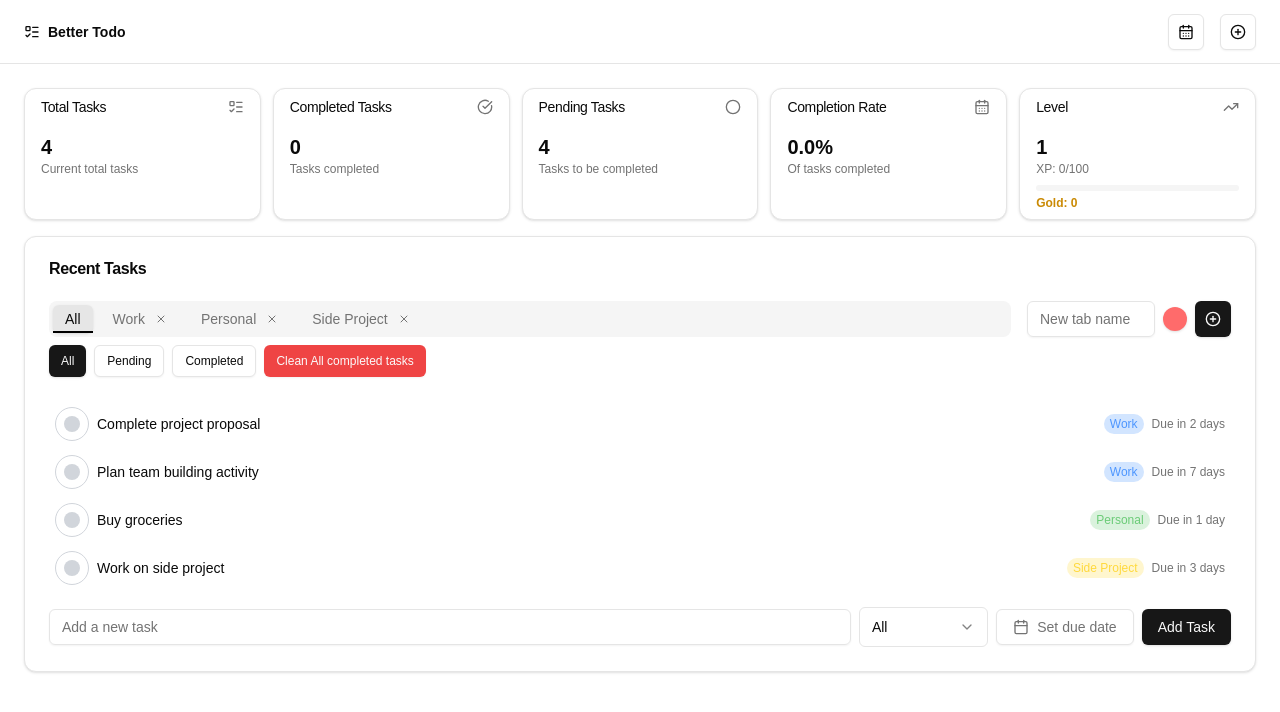
Repository: malikbarbier7/better-todo
Page: /dashboard
The author's editor kept a copy of each file at every save. The page is drawn from the files as they stood at one save, then again after the next save.
The browser window is 1280 px wide. The pictures show the whole page.
The project was rebuilt for these pictures with package versions that can differ from the ones it lists, and the page was loaded fresh each time. The framework's server and built-in components were replaced by stand-ins that run in the browser. Also part of the build but not shown: next.config.js, next.config.mjs, components/ui/calendar.tsx.

Above is the page before, as saved 2024-10-04 18:05:08.

After the next save:
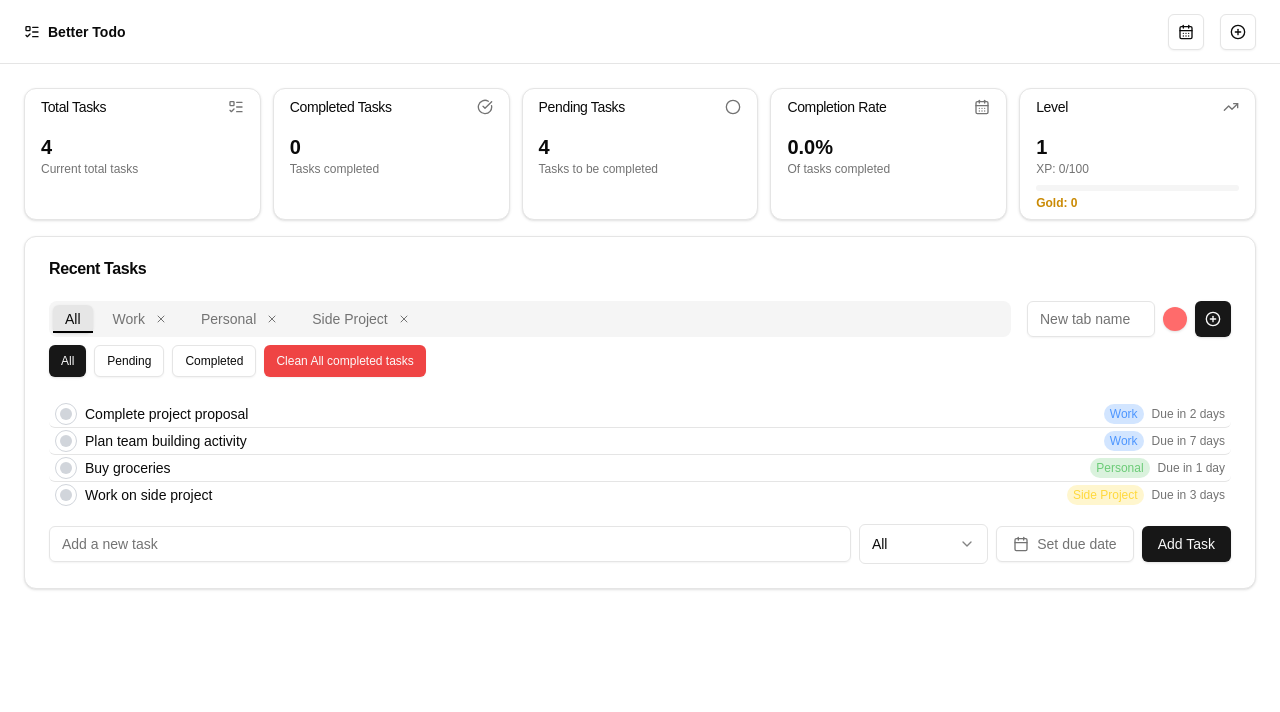
Saved 81 s later.
--- a/components/dashboard.tsx
+++ b/components/dashboard.tsx
@@ -502,26 +502,26 @@ export function Dashboard() {
                 <div>
                   {tabs.map((tab) => (
                     <TabsContent key={tab.name} value={tab.name}>
-                      <div className="space-y-0.5">
+                      <div className="space-y-0">
                         {filteredTasks.map((task) => (
                           <div
                             key={task.id}
-                            className="flex items-center p-1.5 rounded-md text-sm"
+                            className="flex items-center py-0.5 px-1.5 rounded-md text-sm border-b last:border-b-0"
                           >
                             <div className="relative">
                               {task.status === 'completed' ? (
                                 <button
-                                  className="p-2 bg-green-500 text-white rounded-full"
+                                  className="p-1 bg-green-500 text-white rounded-full"
                                   onClick={() => handleTaskStatusChange(task.id.toString(), 'pending')}
                                 >
-                                  <CheckCircle className="w-4 h-4" />
+                                  <CheckCircle className="w-3 h-3" />
                                 </button>
                               ) : (
                                 <button
-                                  className="p-2 border border-gray-300 rounded-full flex items-center justify-center"
+                                  className="p-1 border border-gray-300 rounded-full flex items-center justify-center"
                                   onClick={() => handleTaskStatusChange(task.id.toString(), 'completed')}
                                 >
-                                  <div className="w-4 h-4 bg-gray-300 rounded-full"></div>
+                                  <div className="w-3 h-3 bg-gray-300 rounded-full"></div>
                                 </button>
                               )}
                             </div>
